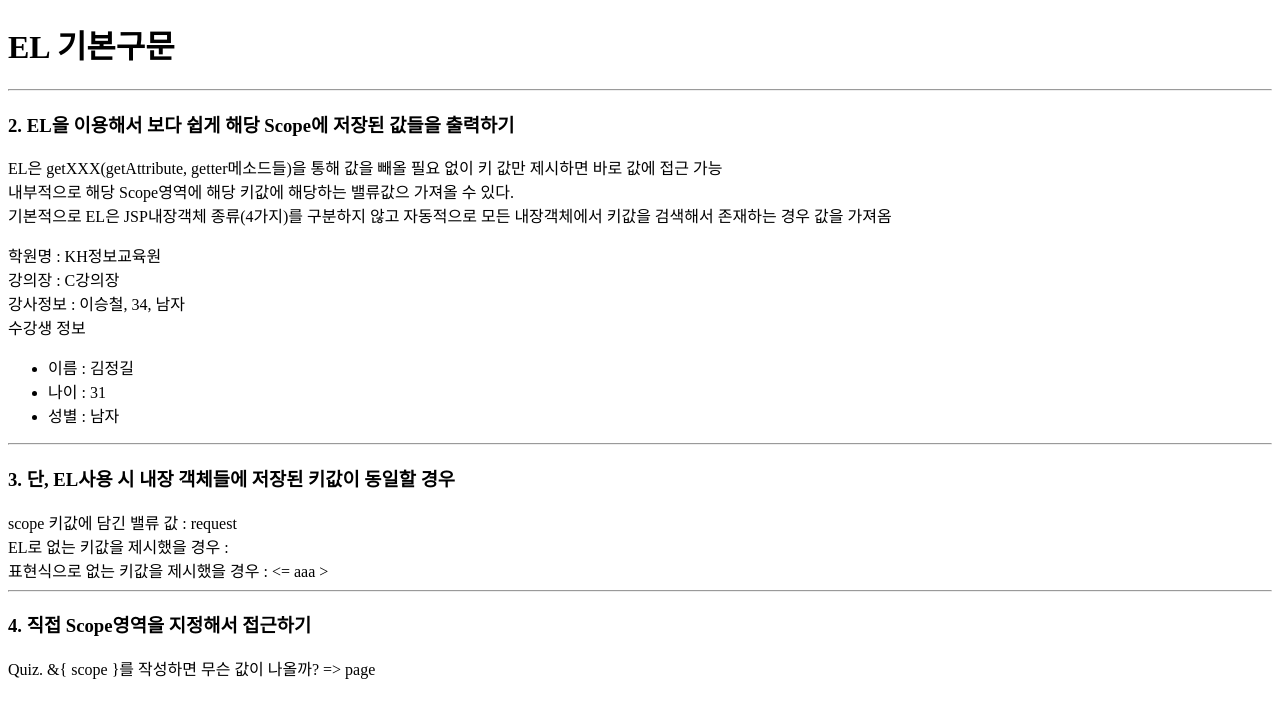
Repository: DonghwanSon1/ajax-jsp-study
Page: http://localhost/ActionProject/el.do
The author's editor kept a copy of each file at every save. The page is drawn from the files as they stood at one save, then again after the next save.
The browser window is 1280 px wide. The pictures show the whole page.
The page is served by Tomcat 9.

Above is the page before, as saved 2022-07-12 01:43:11.

### ActionProject/WebContent/views/1_EL/01_el.jsp
<%@ page language="java" contentType="text/html; charset=UTF-8"
    pageEncoding="UTF-8"%>
<%@ page import="com.kh.model.vo.Person" %>
<!DOCTYPE html>
<html>
<head>
<meta charset="UTF-8">
<title>el페이지</title>
</head>
<body>

	<h1>EL 기본구문</h1>
	<%--
	<h3>1. 기존 방식대로 스크립틀릿과 표현식을 이용해서 각 영역에 담겨있는 값 뽑아서 화면에 출력</h3>

	<%
		// requestScope에 담긴 값 뽑기 => classRoom, student
		String classRoom = (String)request.getAttribute("classRoom");
		Person student = (Person)request.getAttribute("student");

		// sessionScope에 담긴 값 뽑기 => academy, teacher
		String academy = (String)session.getAttribute("academy");
		Person teacher = (Person)session.getAttribute("teacher");

	%>


	<p>
		학원명 : <%= academy %> <br>
		강의장 : <%= classRoom	 %> <br>
		강사정보 : <%= teacher.getName() %>, <%= teacher.getAge() %>, <%= teacher.getGender() %> <br>

		수강생 정보 <br>
		<ul>
			<li>이름 : <%= student.getName() %></li>
			<li>나이 : <%= student.getAge() %></li>
			<li>성별 : <%= student.getGender() %></li>
		</ul>
	</p>
	--%>

	<hr>

	<h3>2. EL을 이용해서 보다 쉽게 해당 Scope에 저장된 값들을 출력하기</h3>

	<p>
		EL은 getXXX(getAttribute, getter메소드들)을 통해 값을 빼올 필요 없이 키 값만 제시하면 바로 값에 접근 가능 <br>
		내부적으로 해당 Scope영역에 해당 키값에 해당하는 밸류값으 가져올 수 있다.<br>
		기본적으로 EL은 JSP내장객체 종류(4가지)를 구분하지 않고 자동적으로 모든 내장객체에서 키값을 검색해서 존재하는 경우 값을 가져옴
	</p>

	<p>
		학원명 : ${ academy } <br>
		강의장 : ${ classRoom } <br>
		강사정보 : ${ teacher.name }, ${ teacher.age }, ${ teacher.gender } <br>

		수강생 정보
		<ul>
			<li>이름 : ${ student.name }</li>
			<li>나이 : ${ student.age }</li>
			<li>성별 : ${ student.gender }</li>
		</ul>

		<!--
			필드값에 직접접근한걸까??
			teacher에 접근했을 때 벨류값을 Person타입 객체이다.
			해당 Person객체에 각 필드에 담긴 값을 출력하고자 한다면 키값.필드명으로 접근하면됌
			내부적으로 getter메서드를 찾아서 호출이 되서 값을 가져오는 구조
			=> 항상 명심해야할 사항 : getter메서드를 항상 만들어줘야함
		-->
	</p>
	<hr>

	<h3>3. 단, EL사용 시 내장 객체들에 저장된 키값이 동일할 경우 </h3>
	scope 키값에 담긴 밸류 값 : ${ scope } <br> <!-- request라고 찍힘 -->

	<!--
		EL은 공유범위가 가장 작은  Scope에서부터 해당 키값을 검색함
		page => request => session => application 순으로 키값을 찾음

		만약에 모든 영역에서 해당 키에 대한 값을 못찾았을 경우 ??
		=> 아무것도 출력 안됌 (오류 안남)
	 -->

	EL로 없는 키값을 제시했을 경우 : ${ aaa } <br>
	표현식으로 없는 키값을 제시했을 경우 : &lt;= aaa &gt; <br> <!-- 500 에러 발생 -->

	<hr>

	<h3>4. 직접 Scope영역을 지정해서 접근하기</h3>

	<%
		// pageScope에 담기
		pageContext.setAttribute("scope", "page");
	%>

	Quiz. &{ scope }를 작성하면 무슨 값이 나올까? => page <br><br>






</body>
</html>

### ActionProject/src/com/kh/controller/ELServlet.java
package com.kh.controller;

import java.io.IOException;

import javax.servlet.RequestDispatcher;
import javax.servlet.ServletContext;
import javax.servlet.ServletException;
import javax.servlet.annotation.WebServlet;
import javax.servlet.http.HttpServlet;
import javax.servlet.http.HttpServletRequest;
import javax.servlet.http.HttpServletResponse;
import javax.servlet.http.HttpSession;

import com.kh.model.vo.Person;

/**
 * Servlet implementation class ELServlet
 */
@WebServlet("/el.do")
public class ELServlet extends HttpServlet {
	private static final long serialVersionUID = 1L;

    /**
     * @see HttpServlet#HttpServlet()
     */
    public ELServlet() {
        super();
        // TODO Auto-generated constructor stub
    }

	/**
	 * @see HttpServlet#doGet(HttpServletRequest request, HttpServletResponse response)
	 */
	protected void doGet(HttpServletRequest request, HttpServletResponse response) throws ServletException, IOException {

		// 그동안 수하물을 담을 때 request, session, application, page에 담았음
		// JSP내장객체(== Scope 내장객체)
		/*
		 * 데이터들을 담을 수 있는 JSP 내장객체 종류 4가지
		 *
		 * 1. ServletContext(application scope)
		 * 한 어플리케이션(웹사이트)당 단 1개 존재하는 객체
		 * 이 영역에 데이터를 담으면 어플리케이션 전역에서 사용 가능
		 * => 공유 범위가 가장 크다.
		 *
		 * 2. HttpSession (session scope)
		 * 한 브라우저당 1개 존재하는 객체
		 * 이 영역에 데이터를 담으면 jsp/servlet단에서 사용 가능
		 * 값이 한번 담기면 서버가 멈추거나, 브라우저가 닫히기 전까지 사용 가능 (로그인 기능)
		 * => 공유범위가 다소 제한적
		 *
		 * 3. HttpServletRequest(request scope)
		 * 요청 및 응답 시 매번 생성되는 객체
		 * 이 영역에 데이터를 담으면 해당 request객체를
		 * 포워딩 받는 응답 jsp에서만 사용 가능
		 * => 공유범위가 해당 요청에 대한 응답 jsp 단 하나뿐(1회성)
		 *
		 * 4. PageContext(page scope)
		 * 현재 그 jsp페이지에서만 사용 가능
		 * => 공유범위가 가장 작음
		 *
		 *
		 * => 위에 객체들에 값을 담을 때는 -> .setAttribute("키","벨류");
		 * 				값을 뽑을 때는 -> .getAttribute("키"); (Object타입으로)
		 * 			      지우고자 할때는 -> .removeAttribute("키");
		 *
		 *
		 */

		// requestScope에 담기
		request.setAttribute("classRoom", "C강의장");
		request.setAttribute("student", new Person("김정길", 31, "남자"));

		// sessionScope에 담기
		HttpSession session = request.getSession();
		session.setAttribute("academy", "KH정보교육원");
		session.setAttribute("teacher", new Person("이승철", 34, "남자"));

		// 항상 키값은 중복X (덮어씌워졌었음)
		// 테스트 : requestScope와 sessionScope에 동일한 키값으로 데이터 담으면??
		request.setAttribute("scope", "request");
		session.setAttribute("scope", "session");

		// applicationScope에 담기
		ServletContext application = request.getSession().getServletContext();
		application.setAttribute("scope", "application");

		// 수하물 다 붙였으면 응답 뷰 지정
		// => 포워딩(파일 경로 제시할 때), 리다이렉션(contextPath로 부터 시작하는 찐 url방식을 요청 보낼 경우)
		RequestDispatcher view = request.getRequestDispatcher("views/1_EL/01_el.jsp");
		view.forward(request, response);














	}

	/**
	 * @see HttpServlet#doPost(HttpServletRequest request, HttpServletResponse response)
	 */
	protected void doPost(HttpServletRequest request, HttpServletResponse response) throws ServletException, IOException {
		// TODO Auto-generated method stub
		doGet(request, response);
	}

}

### ActionProject/src/com/kh/model/vo/Person.java
package com.kh.model.vo;

public class Person {

	private String name;
	private int age;
	private String gender;

	public Person() {}

	public Person(String name, int age, String gender) {
		super();
		this.name = name;
		this.age = age;
		this.gender = gender;
	}

	public String getName() {
		return name;
	}

	public void setName(String name) {
		this.name = name;
	}

	public int getAge() {
		return age;
	}

	public void setAge(int age) {
		this.age = age;
	}

	public String getGender() {
		return gender;
	}

	public void setGender(String gender) {
		this.gender = gender;
	}

	@Override
	public String toString() {
		return "Person [name=" + name + ", age=" + age + ", gender=" + gender + "]";
	}



}

After the next save:
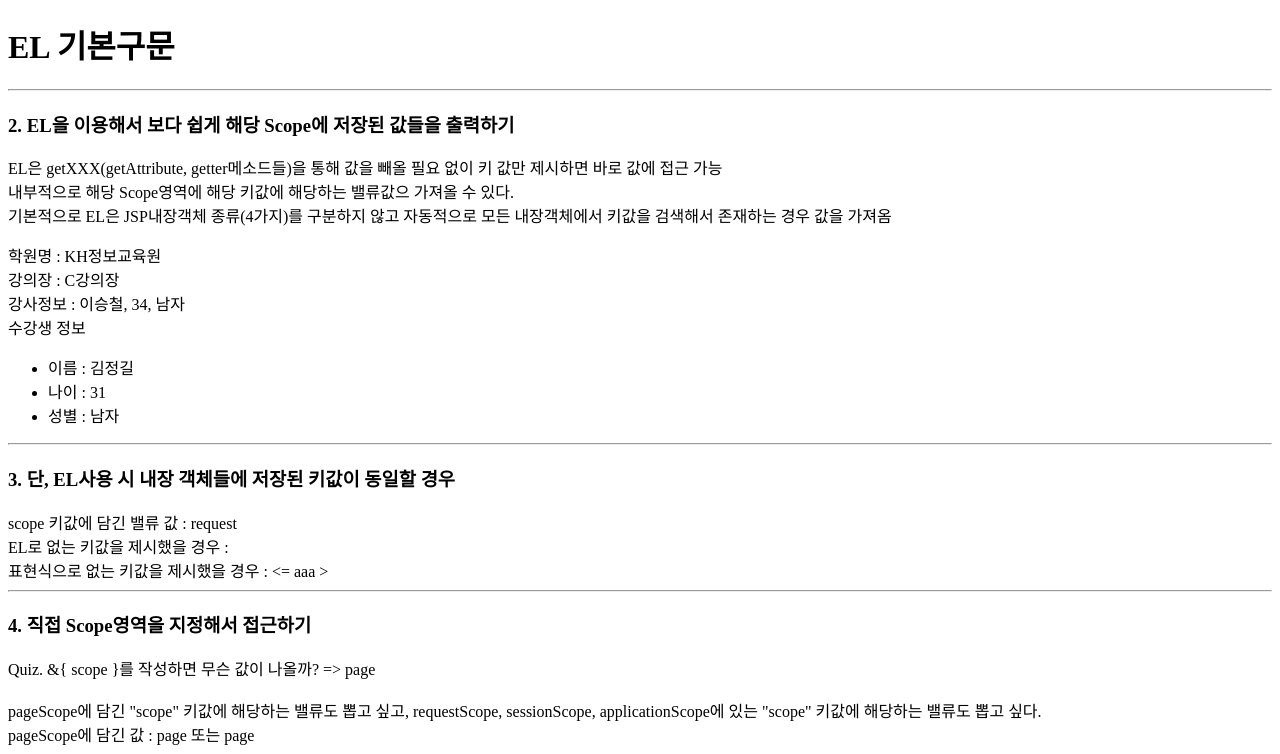
Saved 111 s later.
--- a/ActionProject/WebContent/views/1_EL/01_el.jsp
+++ b/ActionProject/WebContent/views/1_EL/01_el.jsp
@@ -96,6 +96,12 @@
 
 	Quiz. &{ scope }를 작성하면 무슨 값이 나올까? => page <br><br>
 
+	pageScope에 담긴 "scope" 키값에 해당하는 밸류도 뽑고 싶고,
+	requestScope, sessionScope, applicationScope에 있는 "scope" 키값에 해당하는 밸류도 뽑고 싶다. <br>
+
+	pageScope에 담긴 값 : ${ scope } 또는 ${ pageScope.scope } <br>
+
+
 
 
 
